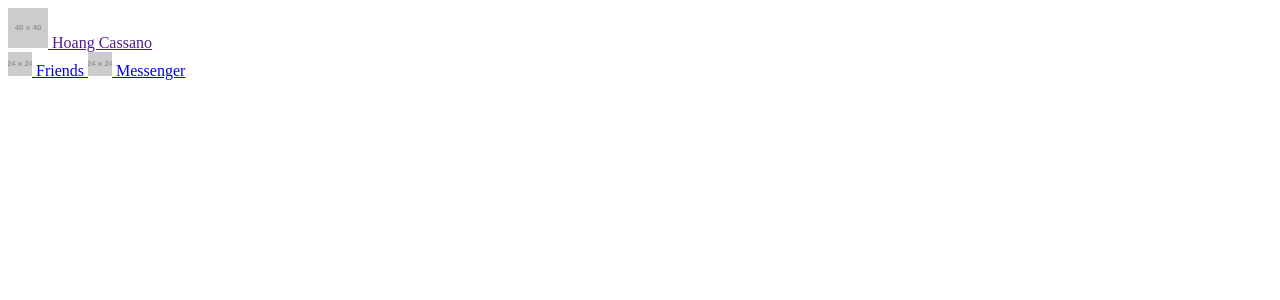
Repository: oafnghh/CassanoSphere
Page: http://localhost/CassanoSphere/www/home/includes/rightBar.jsp
The author's editor kept a copy of each file at every save. The page is drawn from the files as they stood at one save, then again after a run of saves.
The browser window is 1280 px wide. The pictures show the whole page.
The page is served by Tomcat 9.

Above is the page before, as saved 2024-07-15 15:16:25.

After the next 2 saves:
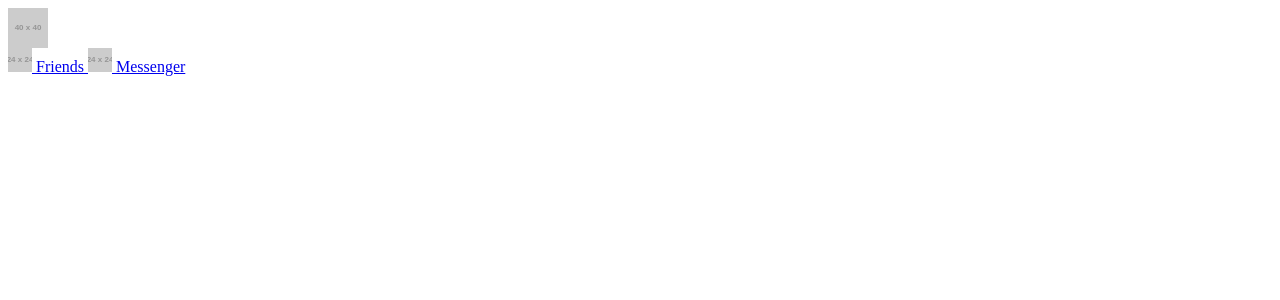
The 2 saves are shown as one change because they came seconds apart.
The last was saved 51 min 51 s later.
--- a/CassanoSphere/webapp/www/home/includes/rightBar.jsp
+++ b/CassanoSphere/webapp/www/home/includes/rightBar.jsp
@@ -4,7 +4,7 @@
   <a href="">
   <div class="flex items-center space-x-3 mb-4">
     <img class="w-10 h-10 rounded-full" src="https://placehold.co/40x40" alt="User profile picture" />
-    <span class="font-medium">Hoang Cassano</span>
+    <span class="font-medium">${user.T_Name }</span>
   </div>
   </a>
 
